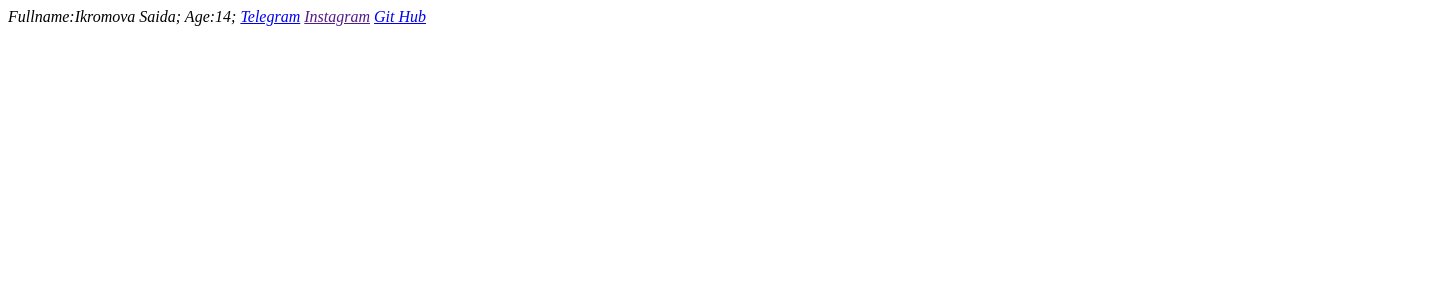
Repository: KHANas02/JS_first-lesson
Page: portfolio.html
The author's editor kept a copy of each file at every save. The page is drawn from the files as they stood at one save, then again after a run of saves.
The browser window is 1280 px wide. The page is 1280 px wide, then 1430 px, so the pictures cover 1430 px, including what lies to the right of the window. The pictures show the whole page.
The pointer rests on the first visible `address`.

Above is the page before, as saved 2024-03-23 09:36:17.

After the next 5 saves:
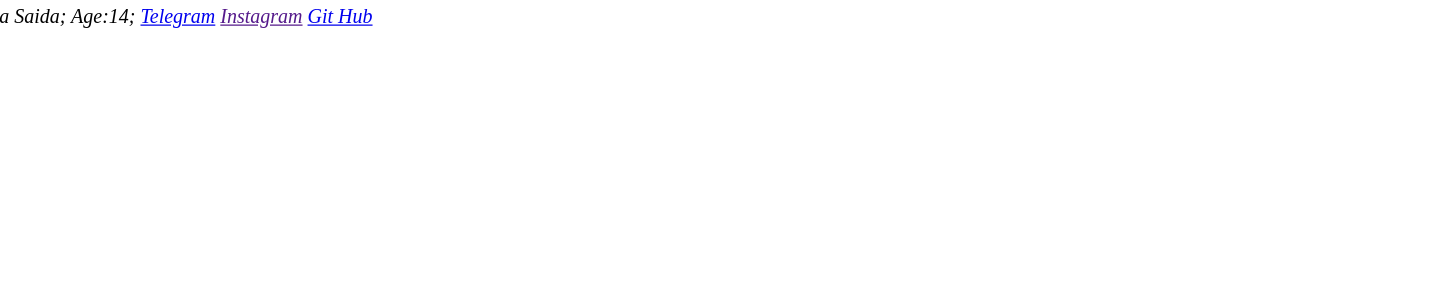
The 5 saves are shown as one change because they came seconds apart.
The last was saved 13 s later.
--- a/portfolio.html
+++ b/portfolio.html
@@ -7,7 +7,7 @@
     <link rel="stylesheet" href="./index.html">
     <style>
 address:hover{
-
+    scale: 125%;
 
 }
     </style>
